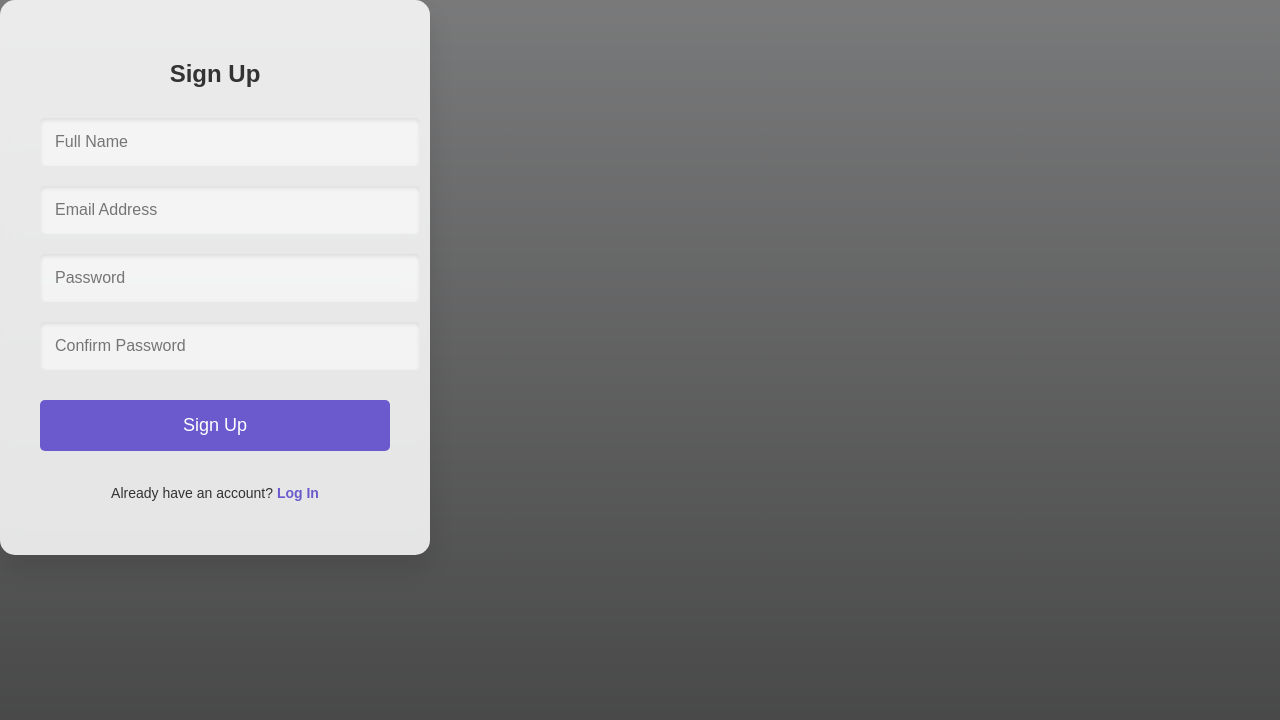
Repository: KabilanCoding/project-nexus
Page: /signup
An editor plug-in stored every save of this project. The page is shown before and after the next save, followed by the edit.
The browser window is 1280 px wide. The pictures show the whole page.
The project was rebuilt for these pictures with package versions that can differ from the ones it lists, and the page was loaded fresh each time. Also part of the build but not shown: src/components/Login.js.

Above is the page before, as saved 2024-08-18 13:50:29.
Not found: signup.jpg

After the next save:
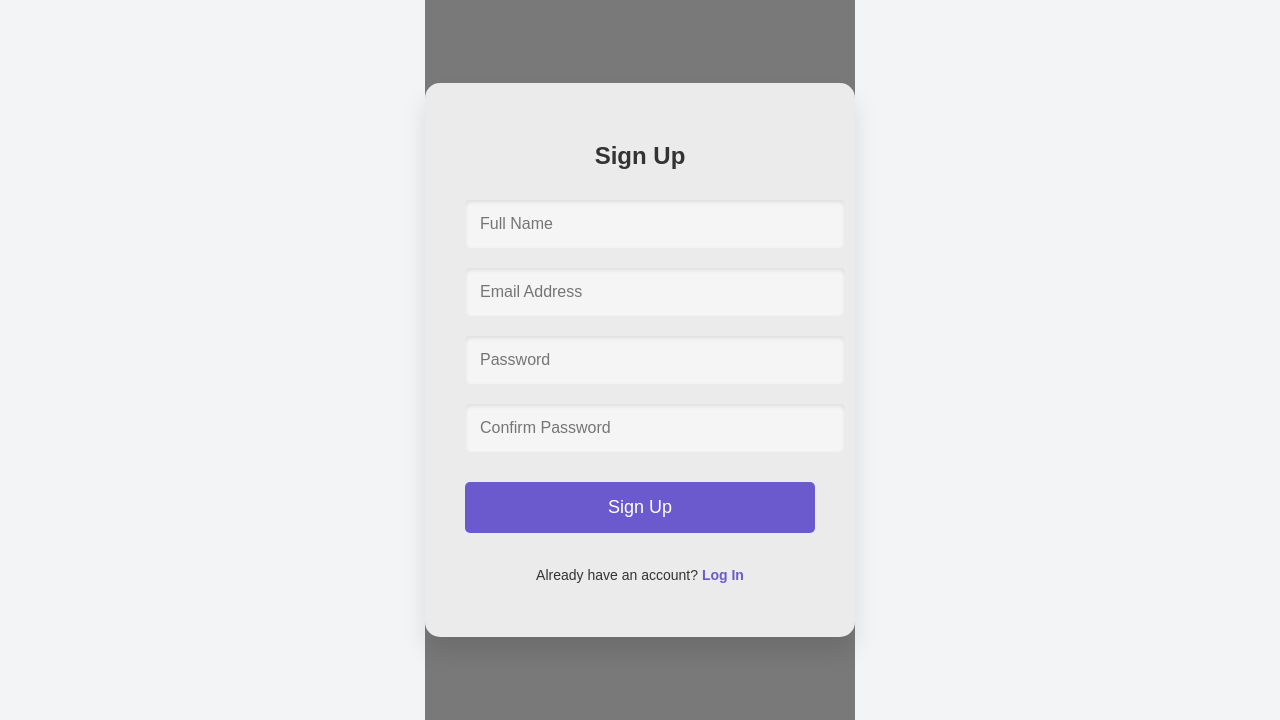
Saved 5 min 25 s later.
--- a/src/components/Auth.css
+++ b/src/components/Auth.css
@@ -5,7 +5,27 @@ body {
   justify-content: center;
   align-items: center;
   height: 100vh;
-  background: #f3f4f6;
+  background-color: #f3f4f6;
+}
+
+.auth-background {
+  width: 100%;
+  height: 100vh;
+  background-size: cover;
+  background-position: center;
+  position: relative;
+  display: flex;
+  justify-content: center;
+  align-items: center;
+}
+
+.auth-overlay {
+  position: absolute;
+  top: 0;
+  left: 0;
+  width: 100%;
+  height: 100%;
+  background: rgba(0, 0, 0, 0.5); /* Optional: Darken the background image */
 }
 
 .auth-container {
@@ -14,7 +34,7 @@ body {
   border-radius: 15px;
   box-shadow: 0 15px 25px rgba(0, 0, 0, 0.1);
   background-color: rgba(255, 255, 255, 0.85);
-  backdrop-filter: blur(10px);
+  z-index: 1;
   text-align: center;
 }
 
@@ -69,22 +89,3 @@ body {
 .auth-form a:hover {
   text-decoration: underline;
 }
-
-.auth-background {
-  background-size: cover;
-  background-position: center;
-  height: 100vh;
-  width: 100%;
-  position: absolute;
-  top: 0;
-  left: 0;
-}
-
-.auth-overlay {
-  position: absolute;
-  top: 0;
-  left: 0;
-  width: 100%;
-  height: 100%;
-  background: linear-gradient(to bottom, rgba(0, 0, 0, 0.5), rgba(0, 0, 0, 0.7));
-}
